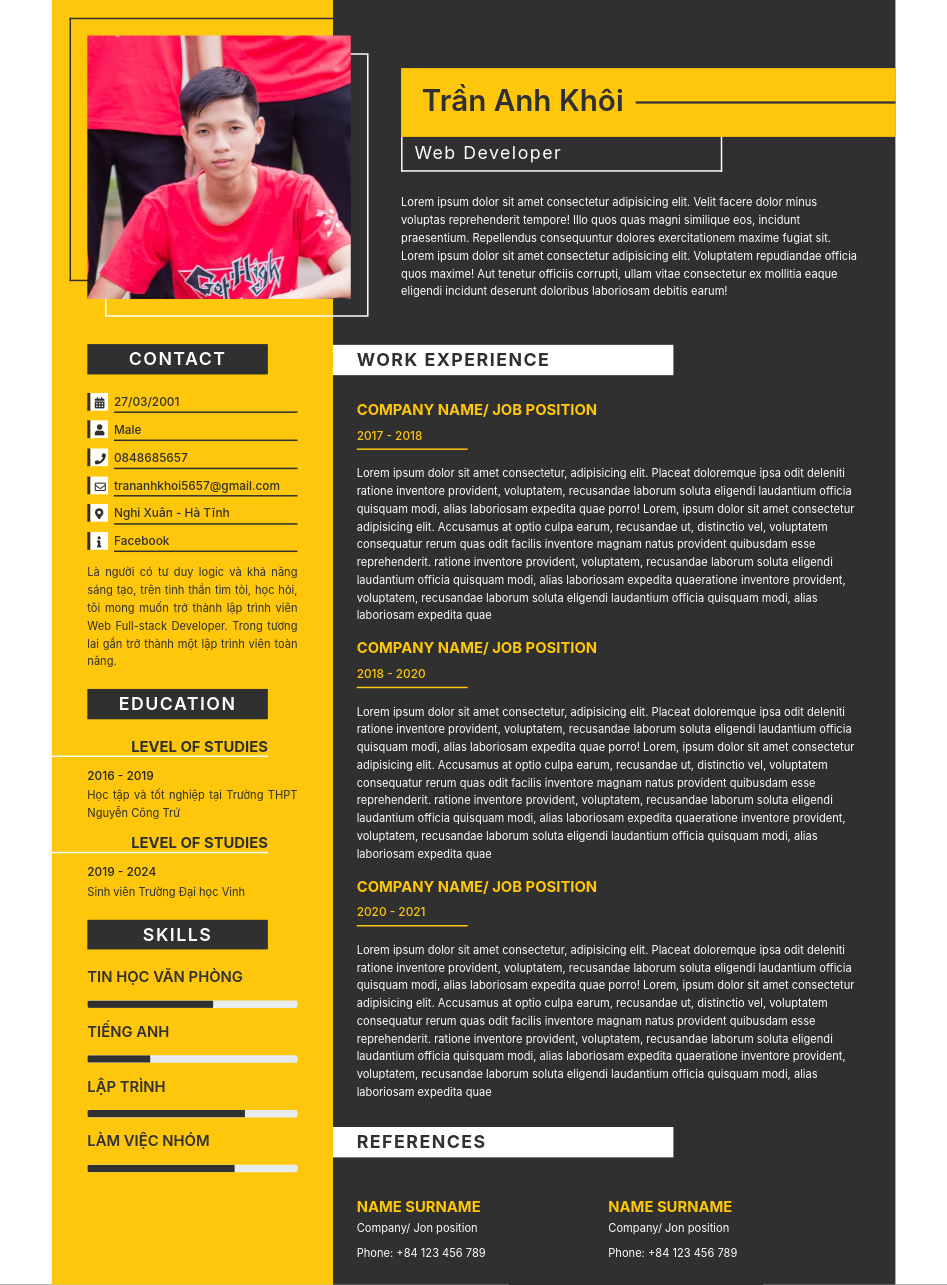
Repository: khoitadev/myCV
Page: index.html
The author's editor kept a copy of each file at every save. The page is drawn from the files as they stood at one save, then again after the next save.
The browser window is 1280 px wide. The pictures show the whole page, at 74% of full size.
Some web libraries are served in a nearby version.

Above is the page before, as saved 2022-02-11 22:41:07.

### index.html
<!DOCTYPE html>
<html lang="en">
  <head>
    <meta charset="UTF-8" />
    <meta http-equiv="X-UA-Compatible" content="IE=edge" />
    <meta name="viewport" content="width=device-width, initial-scale=1.0" />
    <title>MY CV</title>
    <link
      rel="stylesheet"
      href="https://cdn.jsdelivr.net/npm/bootstrap@4.6.0/dist/css/bootstrap.min.css"
      integrity="sha384-B0vP5xmATw1+K9KRQjQERJvTumQW0nPEzvF6L/Z6nronJ3oUOFUFpCjEUQouq2+l"
      crossorigin="anonymous"
    />
    <link rel="preconnect" href="https://fonts.googleapis.com" />
    <link rel="preconnect" href="https://fonts.gstatic.com" crossorigin />
    <link
      href="https://fonts.googleapis.com/css2?family=Poppins:wght@400;600;700&display=swap"
      rel="stylesheet"
    />
    <link
      rel="stylesheet"
      href="https://pro.fontawesome.com/releases/v5.10.0/css/all.css"
      integrity="sha384-AYmEC3Yw5cVb3ZcuHtOA93w35dYTsvhLPVnYs9eStHfGJvOvKxVfELGroGkvsg+p"
      crossorigin="anonymous"
    />
    <link
      rel="icon"
      href="./assets/img/cv2.jpg"
      style="border-radius: 50%;"
      type="image/gif"
      sizes="16x16"
    />

    <link rel="stylesheet" href="./assets/css/style.css" />
  </head>
  <body>
    <div class="container">
      <div class="row">
        <div class="col-md-4 cv__left">
          <div class="cv__img">
            <img src="./assets/img/cv2.jpg" />
          </div>
          <div class="cv__body-left">
            <h2 class="heading__left">CONTACT</h2>
            <p class="text contact__text"><i class="fas fa-calendar-alt"></i> <span class="contact__line" >27/03/2001</span></p>
            <p class="text contact__text"><i class="fas fa-user"></i> <span class="contact__line" >Male</span></p>
            <p class="text contact__text">
              <i class="fas fa-phone"></i> <a class="contact__line" href="tel:0848685657">0848685657</a>
            </p>
            <p class="text contact__text">
              <i class="far fa-envelope"></i>
              <a class="contact__line" href="mailto:trananhkhoi5657@gmail.com"
                >trananhkhoi5657@gmail.com</a
              >
            </p>
            <p class="text contact__text">
              <i class="fas fa-map-marker-alt"></i> <span class="contact__line" >Nghi Xuân - Hà Tĩnh</span>
            </p>
            <p class="text contact__text">
              <i class="fas fa-info"></i>
              <a class="contact__line" href="https://www.facebook.com/khoiaiti"
                >Facebook</a
              >
            </p>
            <p class="text description">
            Là người có tư duy logic và khả năng sáng tạo, trên tinh thần tìm tòi, học hỏi, tôi mong muốn trở
            thành lập trình viên Web Full-stack Developer. Trong tương lai gần trở thành một lập trình viên toàn năng.
            </p>
            <h2 class="heading__left">EDUCATION</h2>
            <h3 class="edu__heading">LEVEL OF STUDIES</h3>
            <h4 class="edu__title">2016 - 2019</h4>
            <p class="text">Học tập và tốt nghiệp tại Trường THPT Nguyễn Công Trứ</p>
            <h3 class="edu__heading">LEVEL OF STUDIES</h3>
            <h4 class="edu__title">2019 - 2024</h4>
            <p class="text">Sinh viên Trường Đại học Vinh</p>

            <h2 class="heading__left">SKILLS</h2>
            <h3 class="heading__title">TIN HỌC VĂN PHÒNG</h3>

            <div class="progress progress__line" style="height: 10px">
              <div class="progress-bar" style="width: 60%; height: 10px; background-color: #303030;"></div>
            </div>

            <h3 class="heading__title">TIẾNG ANH</h3>

            <div class="progress progress__line" style="height: 10px">
              <div class="progress-bar" style="width: 30%; height: 10px; background-color: #303030;"></div>
            </div>

            <h3 class="heading__title">LẬP TRÌNH</h3>
            <div class="progress progress__line" style="height: 10px">
              <div class="progress-bar" style="width: 75%; height: 10px; background-color: #303030;"></div>
            </div>
            <h3 class="heading__title">LÀM VIỆC NHÓM</h3>
            <div class="progress progress__line" style="height: 10px">
              <div class="progress-bar" style="width: 70%; height: 10px; background-color: #303030;"></div>
            </div>
            <!-- <h3 class="heading__title">SKILL #5</h3>
            <div class="progress progress__line" style="height: 10px">
              <div class="progress-bar" style="width: 60%; height: 10px; background-color: #303030;"></div>
            </div> -->
          </div>
        </div>
        <div class="col-md-8 cv__right">
          <div class="cv__intro">
            <div class="name"><h2>Trần Anh Khôi</h2> <span></span></div>
            <h2 class="name__des">Web Developer</h2>
            <p class="text-toright">Lorem ipsum dolor sit amet consectetur adipisicing elit. Velit facere dolor minus voluptas reprehenderit tempore! Illo quos quas magni similique eos, incidunt praesentium. Repellendus consequuntur dolores exercitationem maxime fugiat sit.
              <br>
              Lorem ipsum dolor sit amet consectetur adipisicing elit. Voluptatem repudiandae officia quos maxime! Aut tenetur officiis corrupti, ullam vitae consectetur ex mollitia eaque eligendi incidunt deserunt doloribus laboriosam debitis earum!
            </p>
            <br>
          </div>
          <h2 class="heading__right">WORK EXPERIENCE</h2>
          <h3 class="work__heading">COMPANY NAME/ JOB POSITION</h3>
          <h4 class="work__title">2017 - 2018</h4>
          <p class="text-toright">Lorem ipsum dolor sit amet consectetur, adipisicing elit. Placeat doloremque ipsa odit deleniti ratione inventore provident, voluptatem, recusandae laborum soluta eligendi laudantium officia quisquam modi, alias laboriosam expedita quae porro!
            Lorem, ipsum dolor sit amet consectetur adipisicing elit. Accusamus at optio culpa earum, recusandae ut, distinctio vel, voluptatem consequatur rerum quas odit facilis inventore magnam natus provident quibusdam esse reprehenderit. ratione inventore provident, voluptatem, recusandae laborum soluta eligendi laudantium officia quisquam modi, alias laboriosam expedita quaeratione inventore provident, voluptatem, recusandae laborum soluta eligendi laudantium officia quisquam modi, alias laboriosam expedita quae
          </p>
          <h3 class="work__heading">COMPANY NAME/ JOB POSITION</h3>
          <h4 class="work__title">2018 - 2020</h4>
          <p class="text-toright">Lorem ipsum dolor sit amet consectetur, adipisicing elit. Placeat doloremque ipsa odit deleniti ratione inventore provident, voluptatem, recusandae laborum soluta eligendi laudantium officia quisquam modi, alias laboriosam expedita quae porro!
            Lorem, ipsum dolor sit amet consectetur adipisicing elit. Accusamus at optio culpa earum, recusandae ut, distinctio vel, voluptatem consequatur rerum quas odit facilis inventore magnam natus provident quibusdam esse reprehenderit. ratione inventore provident, voluptatem, recusandae laborum soluta eligendi laudantium officia quisquam modi, alias laboriosam expedita quaeratione inventore provident, voluptatem, recusandae laborum soluta eligendi laudantium officia quisquam modi, alias laboriosam expedita quae
          </p>
          <h3 class="work__heading">COMPANY NAME/ JOB POSITION</h3>
          <h4 class="work__title">2020 - 2021</h4>
          <p class="text-toright">Lorem ipsum dolor sit amet consectetur, adipisicing elit. Placeat doloremque ipsa odit deleniti ratione inventore provident, voluptatem, recusandae laborum soluta eligendi laudantium officia quisquam modi, alias laboriosam expedita quae porro!
            Lorem, ipsum dolor sit amet consectetur adipisicing elit. Accusamus at optio culpa earum, recusandae ut, distinctio vel, voluptatem consequatur rerum quas odit facilis inventore magnam natus provident quibusdam esse reprehenderit. ratione inventore provident, voluptatem, recusandae laborum soluta eligendi laudantium officia quisquam modi, alias laboriosam expedita quaeratione inventore provident, voluptatem, recusandae laborum soluta eligendi laudantium officia quisquam modi, alias laboriosam expedita quae
          </p>
          <h2 class="heading__right">REFERENCES</h2>
          <div class="ref">
            <div class="ref-left">
              <h3 class="work__heading">NAME SURNAME</h3>
              <p class="text-toright">Company/ Jon position
              </p>
              <p class="text-toright">Phone: +84 123 456 789
              </p>
            </div>
            <div class="ref-right">
              <h3 class="work__heading">NAME SURNAME</h3>
              <p class="text-toright">Company/ Jon position
              </p>
              <p class="text-toright">Phone: +84 123 456 789
              </p>
            </div>
          </div>
        </div>
      </div>
    </div>
  </body>
</html>

### assets/css/style.css
:root {
  --primary-color: #fec70b;
  --second-color: #303030;
  --white-color: #fff;
}
* {
  margin: 0;
  padding: 0;
  box-sizing: border-box;
}
html {
  font-family: "Poppins", sans-serif;
  font-size: 62.5%;
  color: var(--white-color);
}

img {
  width: 100%;
  object-fit: cover;
}
a {
  text-decoration: none;
  display: inline-block;
  color: var(--second-color);
}
a:hover {
  color: var(--white-color);
}
p {
  font-size: 1.5rem;
  line-height: 1.6;
  color: var(--white-color);
}
i {
  position: relative;
  margin: 0 8px 0 4px;
  padding: 6px;
  background-color: var(--white-color);
  font-size: 1.5rem;
  color: var(--second-color);
  width: 2.4rem;
  height: 2.4rem;
  text-align: center;
}
i::after {
  content: "";
  display: block;
  position: absolute;
  background-color: var(--second-color);
  top: 0;
  left: -4px;
  bottom: 0;
  width: 4px;
  z-index: 1;
}
.cv__left {
  padding: 2.4rem;
  background-color: var(--primary-color);
}

.cv__img {
  position: relative;
  right: -2.4rem;
  bottom: -2.4rem;
  z-index: 1;
  text-align: right;
  margin-right: -2.4rem;
}
.cv__img::before {
  content: "";
  display: block;
  position: absolute;
  border-top: 2px solid var(--second-color);
  border-bottom: 2px solid var(--second-color);
  border-left: 2px solid var(--second-color);
  top: -2.4rem;
  left: -2.4rem;
  right: 0rem;
  bottom: 2.4rem;
  z-index: -1;
}
.cv__img::after {
  content: "";
  display: block;
  position: absolute;
  border: 2px solid var(--white-color);
  top: 2.4rem;
  left: 2.4rem;
  right: -2.4rem;
  bottom: -2.4rem;
  z-index: -1;
}
.cv__img img {
  min-width: 90%;
  height: auto;
}

.cv__body-left {
  padding: 6rem 2.4rem 0 2.4rem;
}

.cv__contact {
  border-bottom: 2px solid var(--second-color);
}

.heading__left {
  margin: 2.5rem 4rem 2.5rem 0;
  padding: 0.6rem;
  color: #fff;
  background-color: var(--second-color);
  max-width: 42rem;
  font-size: 2.4rem;
  font-weight: 600;
  text-align: center;
  letter-spacing: 2px;
}
.edu__heading{
  font-size: 2rem;
  text-align: end;
  border-bottom: 2px solid var(--white-color);
  margin: 1.6rem 4rem 1.6rem -4.8rem;
  color: var(--second-color);
  font-weight: 700;
}
.edu__title{
  font-size: 1.6rem;
  font-weight: 500;
}
.edu__title + .text {
  text-align: justify;
}

.cv__right {
  padding: 3.2rem 4.8rem 2rem 3.2rem;
  background-color: var(--second-color);
}
.cv__intro {
  margin-left: 6rem;
}
.name {
  display: flex;
  align-items: center;
  padding: 2rem 0 2rem 2.8rem;
  margin: 6rem -4.8rem 0 0;
  background-color: var(--primary-color);
}
.name h2 {
  color: var(--second-color);
  font-size: 4rem;
  font-weight: 600;
}
.name span {
  margin-left: 1.6rem;
  background-color: var(--second-color);
  height: 3px;
  flex: 1;
}

.name__des {
  display: inline-block;
  margin-bottom: 3rem;
  color: var(--white-color);
  font-size: 2.4rem;
  font-weight: 400;
  width: 70%;
  letter-spacing: 2px;
  padding: 0.8rem 1.6rem;
  border-right: 2px solid var(--white-color);
  border-bottom: 2px solid var(--white-color);
  border-left: 2px solid var(--white-color);
}
.heading__right {
  margin: 3.5rem 0 3.5rem -3.2rem;
  padding: 0.6rem 3.2rem;
  background-color: var(--white-color);
  color:var(--second-color);
  max-width: 46rem;
  font-size: 2.4rem;
  font-weight: 700;
  letter-spacing: 2px;
}

.heading__title {
  margin: 8px 0;
  color: var(--second-color);
  font-size: 2rem;
  font-weight: 600;
}
.work__heading{
  margin-top: 2rem;
  font-size: 2rem;
  color: var(--primary-color);
  font-weight: 700;
}
.work__title{
  margin-bottom: 2rem;
  padding: 8px 0;
  max-width: 15rem;
  font-size: 1.6rem;
  color: var(--primary-color);
  font-weight: 500;
  border-bottom: 2px solid var(--primary-color);
}
.time {
  font-size: 1.4rem;
  font-weight: 300;
}
.progress__line {
  margin: 2rem 0;
}
.interests {
  list-style: circle;
  padding-left: 2rem;
}
.text {
  font-size: 1.5rem;
  line-height: 1.6;
  color: var(--second-color);
}
.text-toright {
  color: var(--white-color);
}
.description {
  margin-top: 1.6rem;
  text-align: justify;
}
.contact__text {
  display: flex;
}
.contact__line {
  flex: 1;
  font-size: 1.6rem;
  font-weight: 500;
  border-bottom: 2px solid var(--second-color);
}
.ref {
  display: flex;
}
.ref-left, .ref-right {
  flex: 1;
}

After the next save:
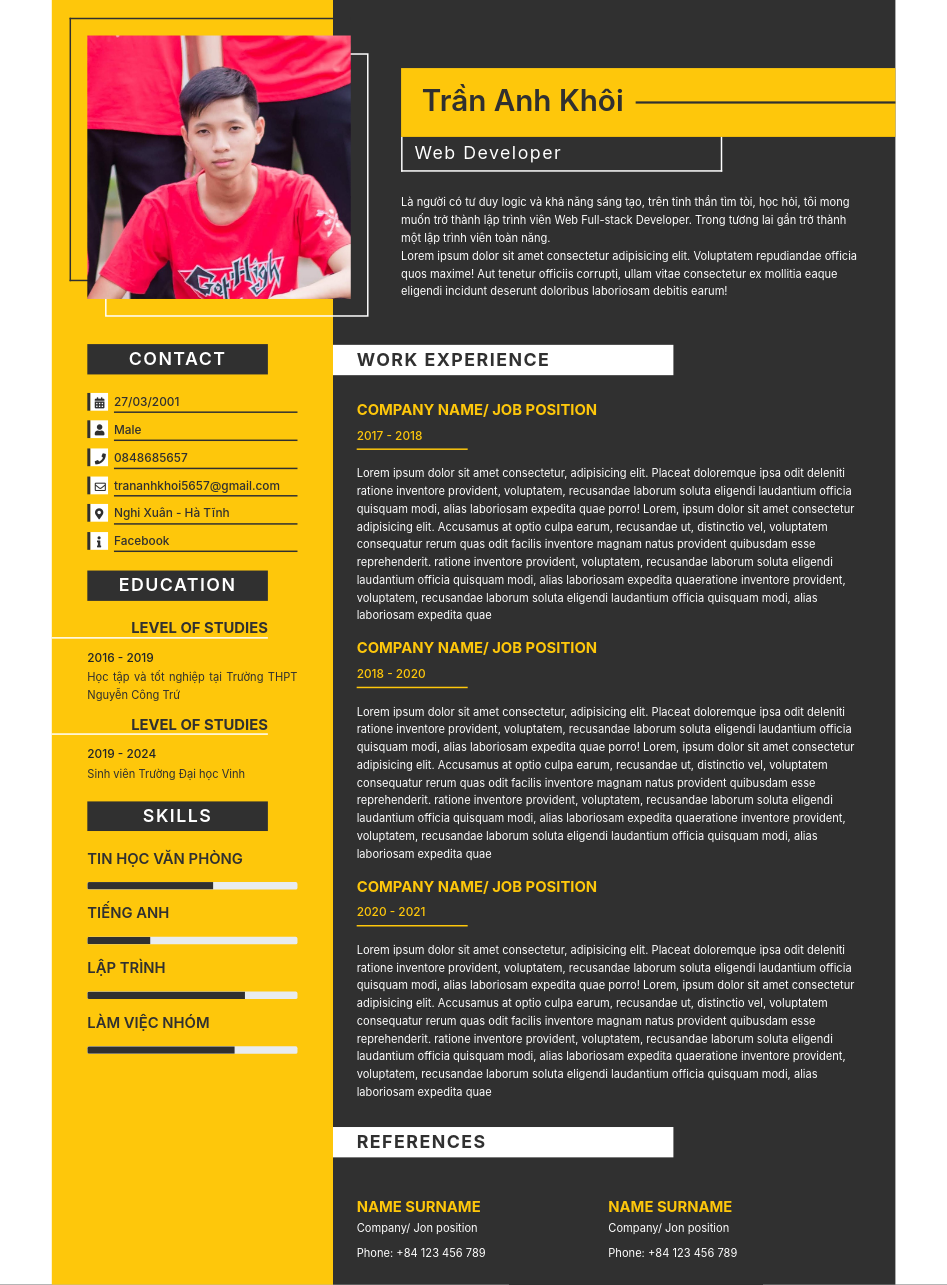
Saved 78 s later.
--- a/index.html
+++ b/index.html
@@ -63,8 +63,7 @@
               >
             </p>
             <p class="text description">
-            Là người có tư duy logic và khả năng sáng tạo, trên tinh thần tìm tòi, học hỏi, tôi mong muốn trở
-            thành lập trình viên Web Full-stack Developer. Trong tương lai gần trở thành một lập trình viên toàn năng.
+
             </p>
             <h2 class="heading__left">EDUCATION</h2>
             <h3 class="edu__heading">LEVEL OF STUDIES</h3>
@@ -105,7 +104,8 @@
           <div class="cv__intro">
             <div class="name"><h2>Trần Anh Khôi</h2> <span></span></div>
             <h2 class="name__des">Web Developer</h2>
-            <p class="text-toright">Lorem ipsum dolor sit amet consectetur adipisicing elit. Velit facere dolor minus voluptas reprehenderit tempore! Illo quos quas magni similique eos, incidunt praesentium. Repellendus consequuntur dolores exercitationem maxime fugiat sit.
+            <p class="text-toright">Là người có tư duy logic và khả năng sáng tạo, trên tinh thần tìm tòi, học hỏi, tôi mong muốn trở
+              thành lập trình viên Web Full-stack Developer. Trong tương lai gần trở thành một lập trình viên toàn năng.
               <br>
               Lorem ipsum dolor sit amet consectetur adipisicing elit. Voluptatem repudiandae officia quos maxime! Aut tenetur officiis corrupti, ullam vitae consectetur ex mollitia eaque eligendi incidunt deserunt doloribus laboriosam debitis earum!
             </p>
